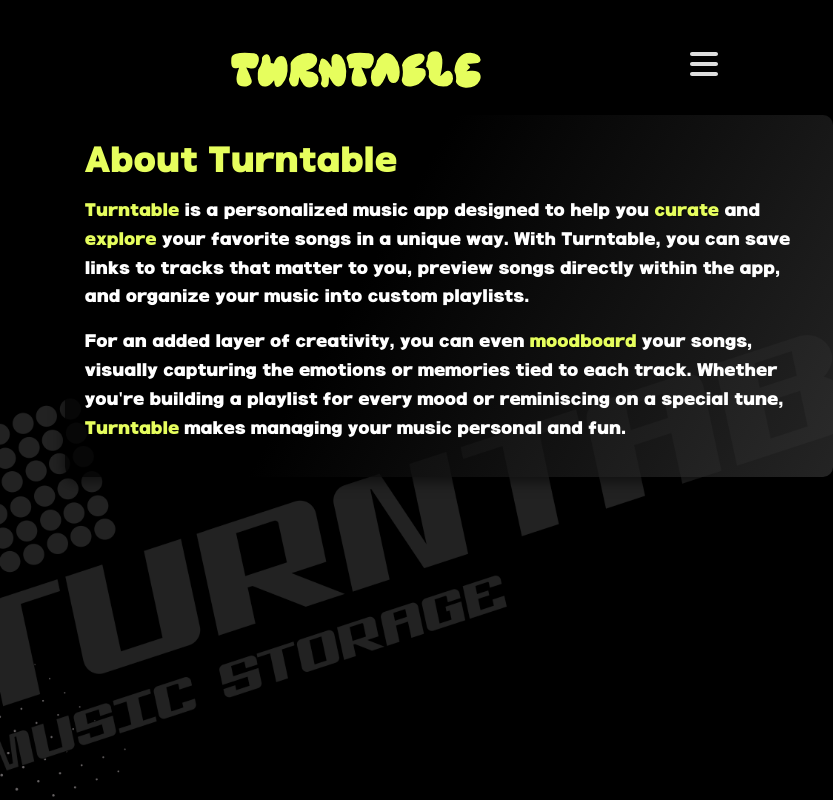
Repository: ReputableRice/Frontend-Project
Page: /app/about
These files come from the project's save history. The page is drawn as it stood at one moment and after the next save; the edit follows.
The browser window is 768 px wide. The page is 833 px wide, so the pictures cover 833 px, including what lies to the right of the window. The pictures show the whole page.
Some web libraries are served in a nearby version. The project was rebuilt for these pictures with package versions that can differ from the ones it lists, and the page was loaded fresh each time. Also part of the build but not shown: vite.config.js, src/components/templates/ContactForm/contactform.css, src/components/templates/ContactForm/ContactForm.tsx, src/components/templates/Card/card.css, src/components/organisms/CardBottom/CardBottom.tsx, src/components/templates/Card/Card.tsx, src/Pages/Contact/Contact.css, src/Pages/Contact/Contact.tsx and 18 more.

Above is the page before, as saved 2024-12-01 00:58:04.

### src/main.jsx
import { StrictMode } from "react";
import { createRoot } from "react-dom/client";
import { BrowserRouter, Routes, Route } from "react-router-dom";
import App from "./App.jsx";
import Preloader from "./components/templates/Preloader/Preloader.tsx";
import "./index.css";

createRoot(document.getElementById("root")).render(
  <StrictMode>
    <BrowserRouter>
      <Routes>
        <Route path="/" element={<Preloader />} />
        <Route path="/app/*" element={<App />} />
      </Routes>
    </BrowserRouter>
  </StrictMode>
);

### src/App.jsx
import './App.css';
import { Routes, Route, Link, useLocation } from "react-router-dom";
import Contact from './Pages/Contact/Contact';
import Playlists from './Pages/Playlists/Playlists';
import Home from './Pages/Home/Home';
import About from './Pages/About/About';
import { useState, useEffect } from 'react';
import { FaBars, FaX } from 'react-icons/fa6';
import { gsap } from 'gsap';
import { TransitionGroup, CSSTransition } from 'react-transition-group';

export default function App() {
  const [mobileNav, setMobileNav] = useState(false);
  const location = useLocation(); // Track current route

  useEffect(() => {
    gsap.fromTo(
      '.navBarCategories > *',
      { opacity: 0, x: '-80rem' },
      {
        duration: 2,
        opacity: 1,
        x: 0,
        stagger: 0.1,
        ease: 'power4.out',
      }
    );
  }, []);

  useEffect(() => {
    gsap.fromTo(
      '.entireApp',
      {
        opacity:0,
        x:-100
      },
      {
        delay: 1,
        opacity:1,
        duration:2,
        x:0
      }
    )
  },[])

  return (
    <div className='entireApp'>
      <div className='mobileNavTab'>
        <img src='/TURNTABLE.svg' className='w-64 m-auto' />
        <FaBars size={"2rem"} onClick={() => setMobileNav(!mobileNav)} />
      </div>
      <div className='mobileNav flex items-center content-center'>
        {mobileNav ? (
          <div className='navBar'>
            <div className='navBarCategories'>
              <div className='mobileNavTab'>
                <FaX size={"2rem"} onClick={() => setMobileNav(false)} />
              </div>
              <Link to="." className={"appRouter navLeft"}>Home</Link>
              <Link to="playlists" className={"appRouter nav"}>Playlists</Link>
              <Link to="about" className={"appRouter nav"}>About</Link>
              <Link to="contact" className={"appRouter navRight"}>Contact</Link>
            </div>
          </div>
        ) : ""}
      </div>
      <div className='navBar desktopNav'>
        <div className='navBarCategories'>
          <Link to="." className={"appRouter navLeft"}>Home</Link>
          <Link to="playlists" className={"appRouter nav"}>Playlists</Link>
          <Link to="about" className={"appRouter nav"}>About</Link>
          <Link to="contact" className={"appRouter navRight"}>Contact</Link>
          <img src='/TURNTABLE.svg' className='w-64 ml-auto mr-32 class' />
        </div>
      </div>

      {/* Route transitions */}
      <TransitionGroup className="route-wrapper">
        <CSSTransition
          key={location.key}
          timeout={500}
          onEnter={(node) => {
            gsap.fromTo(
              node,
              { opacity: 0, y: 50 },
              { opacity: 1, y: 0, duration: 1, ease: "power4.inOut" }
            );
          }}
          onExit={(node) => {
            gsap.to(node, { opacity: 0, duration:0.00000000000000000000000000000000000000000000001 }); //DONT CLICK THROUGH THE ROUTES TOO FAST
          }}
        >
          <Routes location={location}>
            <Route path="/" element={<Home />} />
            <Route path="about" element={<About />} />
            <Route path="contact" element={<Contact />} />
            <Route path="playlists" element={<Playlists />} />
          </Routes>
        </CSSTransition>
      </TransitionGroup>
    </div>
  );
}

### src/index.css
@import "tailwindcss/base";

@import "tailwindcss/components";

@import "tailwindcss/utilities";


@font-face {
  font-family: "SDK_US_Web";
  src: local("SDK_US_Web"),
    url('./assets/fonts/en-us.ttf')
}

:root {
  font-family: SDK_US_Web, Inter, system-ui, Avenir, Arial, sans-serif;
  line-height: 1.5;
  font-size: 16px;

  color-scheme: light dark;
  color: rgba(255, 255, 255, 0.87);
  background-color: #242424;

  font-synthesis: none;
  text-rendering: optimizeLegibility;
  -webkit-font-smoothing: antialiased;
  -moz-osx-font-smoothing: grayscale;

  --white: #FFFEFB;
  --black: #000000;
  --grey: #676364;
  --n-green: #E6FE5D;
  --red: #F70306;
  --d-grey: #353837;

  --h1: 1.5rem

  height: 100vh;
  width: 100vw;
  background-image: url("/App bg.png");
  background-size:cover;
  background-repeat: repeat-y;
}

html {
  height: 100vh;
  width: 100vw;
}

h1 {
  font-size: 1.5rem;
}

body {
  width: 100vw;
}

body .content {
  margin: 0 8.438vw;
}

img {
  width: 100%;
}

@media only screen and (max-width:600px) {
  body .content {
    margin: 0 1rem;
  }

  .desktopNav {
    display: none;
  }
}

### src/App.css
.navBar {
  padding: 3.125rem 0 3.125rem 0;
}

.navBarCategories {
  margin-left: 13.177vw;
  display: flex;
}

.appRouter {
  /* display: inline-block;
    text-decoration: none;
    color: var(--white);
    min-width: 7.813vw;
    margin-right: 1vw;
    margin-top: auto; */

  display: flex;
  align-items: center;
  background-color: var(--black);
  padding: 0.5rem 2rem;
  overflow: hidden;

  transition: cubic-bezier(0.18, 0.69, 0.23, 0.99) 0.5s;
  transform: skew(-15deg);

  font-size: 24px;
}

.navLeft {
  border-radius: 10rem 0 0 10rem;
}

.navRight {
  border-radius: 0 10rem 10rem 0;
}

.nav {
  display: flex;
  align-items: center;
  color: white;
  font-weight: bold;
  cursor: pointer;
}

.appRouter:hover {
  color: var(--black);
  transform: scale(1.1) translateX(1rem);
  filter: drop-shadow(0 0 0.1rem var(--black));
  background-color: var(--n-green);
  transform: skew(-15deg) scale(1.2);
  z-index: 5;
}

.mobileNav {
  display: none;
}

.mobileNavTab {
  display: none;
}

@media only screen and (max-width: 820px) {
  .navBar {
    width: 100vw;
    margin: 0;
    padding: 0;
  }

  .navBarCategories {
    margin-left: 0;
    display: flex;
    flex-direction: column;
    justify-content: center;
  }

  .appRouter {
    display: flex;
    align-items: center;
    background-color: var(--black);
    padding: 0.5rem 2rem;
    overflow: hidden;

    transition: cubic-bezier(0.18, 0.69, 0.23, 0.99) 0.5s;
    transform: skew(0);

    font-size: 24px;
  }

  .appRouter:hover {
    transform: scale(0) translateX(0);
    transform: skew(0) scale(1);
  }

  .navLeft {
    border-radius: 0;
  }

  .navRight {
    border-radius: 0;
  }

  .mobileNav {
    display: flex;
    flex-direction: column;
    position: absolute;
    z-index: 5;
    top: 0;
  }

  .mobileNavTab {
    display: flex;
    justify-content: end;
    margin: 1.5rem 1.5rem 0 0 ;
    padding: 1.5rem;
    background-color: var(--black);
  }

  .desktopNav {
    display: none;
  }
}

### src/Pages/About/About.tsx
import React from 'react'
import Card from '../../components/templates/Card/Card'
import "./about.css"

export default function About() {
    //DO NOT CHANGE BODY AND CONTENT, MARGINS ARE DEFINED THERE
    return (
        <>
            <div className="content aboutContainer">
                <div>
                    <h1 className="aboutTitle mb-3">About Turntable</h1>
                    <p className="aboutDescription">
                        <span className="highlight">Turntable</span> is a personalized music app designed to help you{' '}
                        <span className="highlight">curate</span> and <span className="highlight">explore</span> your favorite
                        songs in a unique way. With Turntable, you can save links to tracks that matter to you, preview songs
                        directly within the app, and organize your music into custom playlists.
                    </p>
                    <p className="aboutDescription">
                        For an added layer of creativity, you can even <span className="highlight">moodboard</span> your songs,
                        visually capturing the emotions or memories tied to each track. Whether you're building a playlist for
                        every mood or reminiscing on a special tune, <span className="highlight">Turntable</span> makes managing
                        your music personal and fun.
                    </p>
                </div>
                {/* <Card /> */}
            </div>

        </>
    )
}

### src/Pages/Playlists/playlists.css
 body .content {
    margin: 0 8.438vw;
    width: 100%;
}

.playlists-container {
    padding: 20px;
    max-width: 1200px;
    margin: auto;
}

h1 {
    font-size: var(--h1);
    text-align: left;
    color: var(--white);
}

.playlist-grid {
    padding-top:5px;
    display: grid;
    grid-template-columns: repeat(auto-fit, minmax(250px, 1fr));
    gap: 30px;
}

.playlist-item {
    background-color:#555;
    border: 5px solid var(--black);
    border-radius: 25px 25px 0 25px;
    height:40vh;
    overflow: hidden;
    transition: 0.3s ease;
    box-shadow: 0px 5px 8px var(--black);
}

.playlist-item:hover {
    transform: scale(1.05);
    color: var(--n-green);

}

.playlist-image {
    width: 100%;
}

.playlist-details {
    margin-top: 20px;
    padding: 20px;
}

.playlist-details p {
    font-size: 14px;
    color: #b3b3b3;
}

### src/Pages/About/about.css
.aboutContainer {
    display: flex;
}

.aboutBox {
    display: flex;
    justify-content: space-between;
}

.faqHeading {
    font-size: var(--h1);
}

.aboutDescription {
    max-width: 54.6875rem;
}

@media only screen and (max-width:820px) {
    .aboutContainer {
        display: flex;
        flex-direction: column;
    }

    .cardContainer {
        display: none;
    }
}

@media only screen and (max-width:600px) {
    .aboutContainer {
        display: flex;
        flex-direction: column;
    }

    .cardContainer {
        display: none;
    }
}
.aboutContainer {
    display: flex;
    flex-direction: column;
    justify-content: center;
    align-items: center;
    padding: 2rem;
    color:white;
    text-align: left;
    background: linear-gradient(120deg, rgba(0, 0, 0, 0.8) 40%, rgba(45, 45, 45, 0.8) 100%);
    border-radius: 10px;
    box-shadow: 0px 4px 15px rgba(0, 0, 0, 0.6);
}

.aboutTitle {
    font-size: 2.5rem;
    font-weight: 700;
    color:  var(--n-green);
    text-shadow: 2px 2px 4px rgba(0, 0, 0, 0.8);
}

.aboutDescription {
    font-size: 1.2rem;
    line-height: 1.8;
    color: white;
    margin-bottom: 1rem;
}

.highlight {
    color: var(--n-green);
    font-weight: bold;
    text-shadow: 1px 1px 2px rgba(0, 0, 0, 0.6);
}

.content {
    margin: auto;
    max-width: 800px;
    padding: 20px;
}

.content p {
    margin-top: 10px;
}

@media screen and (max-width: 768px) {
    .aboutTitle {
        font-size: 2rem;
    }

    .aboutDescription {
        font-size: 1rem;
    }
}

### src/components/molecules/focus.css
.flex {
  display: flex;
}

.focus-container {
  flex-direction: column;
  align-items: center;
}

.focus-song {
  flex-direction: column;
}

.focus-image-link {
  justify-content: center;
  background-color: #555;

  width: 696px;

  height: 510px;
  border-radius: 32px 32px 0px 32px;

  overflow: hidden;

  object-fit: cover;
}

.focus-info {
  margin-top: 37px;

  display: flex;
  width: 696px;
  min-height: 233px;
  padding: 16px;
  flex-direction: column;
  align-items: flex-start;
  gap: 10px;
  flex-shrink: 0;

  border-radius: 16px 16px 0px 16px;
  border: 4px solid var(--000000, #000);
  background: var(--353837, #353837);
  box-shadow: 0px 4px 4px 0px rgba(0, 0, 0, 0.23);
}

.focus-item {
  padding-left: 1rem;
}

.focus-title {
  font-size: 2rem;

  color: var(--n-green);
}

.focus-wide {
  justify-content: space-between;
  padding-right: 2rem;
  align-items: center;
  padding-top: 0.2rem;
}

.focus-author {
  font-size: 1.3rem;
  font-weight: 900;
  margin: 0;
  padding: 0;
}

.focus-link {
  font-size: 1rem;
  margin: 0;

  color: var(--n-green);
}

.focus-desc {
  margin-top: 0.6rem;
  font-size: 0.9rem;
  max-width: 100%;
  height: 70px;
  overflow-y: scroll;

}

.focus-desc > * {
  overflow-x: hidden;
}

.focus-desc::-webkit-scrollbar {
  width: 0.5rem;
  position: absolute;
  left: 0;
}

.focus-desc::-webkit-scrollbar-thumb {
  background-color: darkgray;
  border-radius: 10px;
}

.focus-desc::-webkit-scrollbar-track {
  background: transparent;
}

@media only screen and (max-width: 820px) {
  .focus-song {
    flex-direction: column;
    justify-content: space-between;
    width: 100%;
  }

  .focus-info {
    display: flex;
    padding: 16px;
    flex-direction: column;
    height: 300px;
  }

  .focus-desc {
    margin-top: 0.6rem;
    font-size: 0.9rem;
    width: 100%;
    word-wrap: break-word;
  }

  .focus-image-link {
    height: 200px;
  }
}

@media screen and (max-width: 600px) {

  .focus-song {
    justify-content: center;
    flex-direction: row;
    height: 100px;
  }

  .focus-image-link {
    height: auto;
    border-radius: 1rem 0 0 1rem;
  }

  .focus-info {
    margin-top: 0;
    max-width: 70%;
    min-width: 70%;
    max-height: 227px;
    gap: 0;
    height: auto;
    min-height: auto;
    padding: 0.2rem;
    margin: 0;
    flex-shrink: unset;
    border: none;
    border-radius: 0 1rem 1rem 0;
    overflow: hidden;
  }

  .focus-title {
    font-size: 1rem;
  }

  .focus-author {
    font-size: 0.8rem;
    overflow: hidden;
    white-space: nowrap;
    animation: move 25s linear infinite;

  }

  .focus-desc {
    display: none;

  }

  .focus-link {
    font-size: 0.8rem;
  }
}

@keyframes move {
  0% {
    transform: translate(0, 0);
  }

  100% {
    transform: translate(-100%, 0);
  }
}

### tailwind.config.js
/** @type {import('tailwindcss').Config} */
export default {
  content: [
    "./index.html",
    "./src/**/*.{js,ts,jsx,tsx}",
  ],
  theme: {
    extend: {
      backgroundImage: {
        'app-bg': "url('/App_bg.png')",
      },
    },
    screens: {
      'sm': '414px',
      // => @media (min-width: 414px) { ... }

      'md': '820px',
      // => @media (min-width: 820px) { ... }

      'lg': '1024px',
      // => @media (min-width: 1024px) { ... }
    }
  },
  plugins: [],
};

Loaded but not shown: index.html (common file)

After the next save:
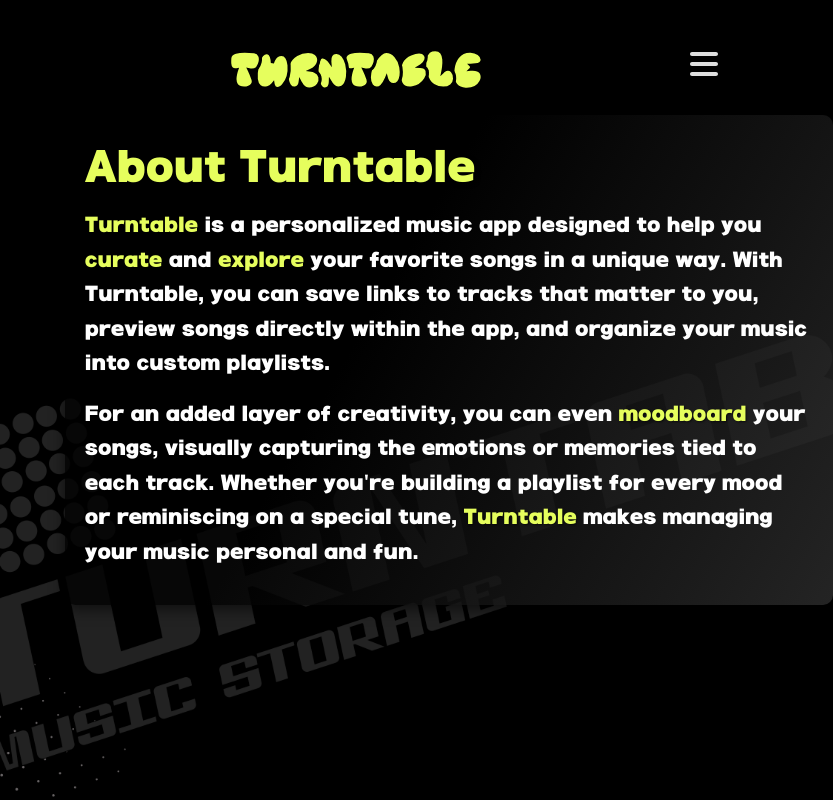
Saved 3 min 30 s later.
--- a/src/Pages/About/about.css
+++ b/src/Pages/About/about.css
@@ -36,6 +36,17 @@
         display: none;
     }
 }
+
+@media screen and (max-width: 768px) {
+    .aboutTitle {
+        font-size: 2rem;
+    }
+
+    .aboutDescription {
+        font-size: 1rem;
+    }
+}
+
 .aboutContainer {
     display: flex;
     flex-direction: column;
@@ -78,13 +89,3 @@
 .content p {
     margin-top: 10px;
 }
-
-@media screen and (max-width: 768px) {
-    .aboutTitle {
-        font-size: 2rem;
-    }
-
-    .aboutDescription {
-        font-size: 1rem;
-    }
-}
